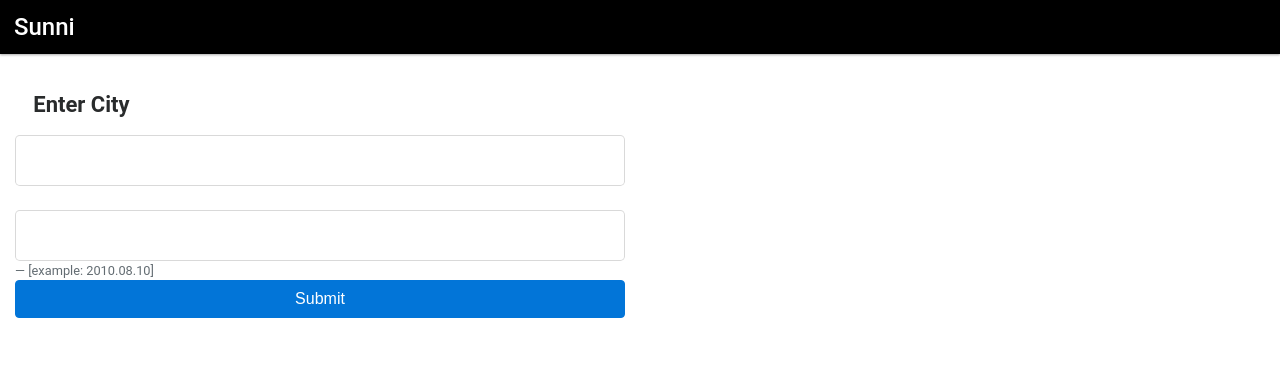
Repository: Oakga/Weather_app
Page: index.html
These files come from the project's save history. The page is drawn as it stood at one moment and after the next save; the edit follows.
The browser window is 1280 px wide. The pictures show the whole page.

Above is the page before, as saved 2017-09-22 05:54:27.

### index.html
<!DOCTYPE html>
<html>
<head>
    <meta charset="utf-8">
    <link rel="stylesheet" href="https://maxcdn.bootstrapcdn.com/bootstrap/4.0.0-alpha.6/css/bootstrap.min.css" integrity="sha384-rwoIResjU2yc3z8GV/NPeZWAv56rSmLldC3R/AZzGRnGxQQKnKkoFVhFQhNUwEyJ" crossorigin="anonymous">
    <!-- <link href='http://fonts.googleapis.com/css?family=Roboto:400,300,700' rel='stylesheet' type='text/css'> -->
    <link href="css/styles.css" rel="stylesheet" type="text/css">
    <script src="https://unpkg.com/axios/dist/axios.min.js"></script>
</head>
<body>
    <header>
        <h1>Sunni</h1>
    </header>
    <div class="container-fluid">
        <div class="row">
            <div class="col">
                <h2>Enter City</h2>
                <form id="location-form">
                    <input type="text" id="location-input" class="form-control form-control-lg "/>
                    <br>
                    <input type="text" id="date-input" class="form-control form-control-lg "/>
                    <footer class="blockquote-footer">[example: 2010.08.10]</footer>
                    <button type="submit" class="btn btn-primary btn-block">Submit</button>
                </form>
                <div id="formatted-address"></div>
                <div id="geometry-component"></div>
                <div id="weather-component"></div>
            </div>
            <div class="col">
            </div>
        </div>
    </div>
    <script src="js/main.js"></script>
</body>
</html>

### css/styles.css
body {
    font-family: 'Roboto', 'Sans Serif';
    font-size: 16px;
    padding: 0;
    margin: 0;
}

header {
    background-color: #000000;
    padding: 14px;
    box-shadow: 0 1px 3px rgba(0,0,0,0.12), 0 1px 2px rgba(0,0,0,0.24);
}

h1, h2, h3 {
    font-weight: 300;
}

header > h1 {
    font-weight: 500;
    font-size: 24px;
    margin: 0;
    color: #FFFFFF;
}

h2 {
    font-size: 22px;
    margin: 20px 0 0 0;
    padding: 3%;
    font-weight: bolder;
}

.table {
    border-radius: 5px;
    width: 50%;
    margin: 0px auto;
    float: none;
}

### js/main.js
class dailyReport {
    constructor(Time,Humidity,Precipitation,Intensity,Wind,MaxTemperature,MinTemperature){
    this.Time = Time;
    this.Humidity = Humidity;
    this.Precipitation = Precipitation;
    this.Intensity = Intensity;
    this.Wind = Wind;
    this.MaxTemperature = MaxTemperature;
    this.MinTemperature = MinTemperature;
};
};

class todayReport {
    constructor(Time,Summary,Humidity,Temperature, Precipitation,Intensity,Wind,){
    this.Time = Time;
    this.Summary = Summary;
    this.Humidity = Humidity;
    this.Temperature = Temperature;
    this.Precipitation = Precipitation;
    this.Intensity = Intensity;
    this.Wind = Wind;
};
};

class searches {
    constructor(location,date){
        this.date = date;
        this.location = location;
    }
}

let geoCode = (location) => {
    axios.get('https://maps.googleapis.com/maps/api/geocode/json',{
    params:{
        address: location,
        key: 'AIzaSyAkYBjwd7ygcP8GpAz47QsP3s3vaweLAE0'
    }
}).then(function(response){
    const formattedAddr = response.data.results[0].formatted_address;
    const formattedAddrOutput = `
    <ul class="list-group">
    <li class="list-group-item">
    ${formattedAddr}
    </li>
    </ul>
    `;
    let addressComponents = response.data.results[0].address_components;
    let lat = Math.round(response.data.results[0].geometry.location.lat*10000)/10000;
    let lng = Math.round(response.data.results[0].geometry.location.lng*10000)/10000;
    let geometryOutput = `
    <ul class="list-group">
    <li class="list-group-item">
    <strong>
    Latitude
    </strong>: ${lat}
    </li>
    <li class="list-group-item">
    <strong>
    Longitude
    </strong>: ${lng}
    </li>
    </ul>
    `;
    document.getElementById('formatted-address').innerHTML = formattedAddrOutput;
    document.getElementById('geometry-component').innerHTML = geometryOutput;

    darkSky(lat,lng);

})
.catch(function(error){
    const formattedAddrOutput = `
    <div class="alert alert-danger" role="alert">
    <strong>Unknown Location!</strong> Change a few things up and try submitting again.
    </div>
    `;
    document.getElementById('formatted-address').innerHTML = formattedAddrOutput;
})
};

let darkSky = (lat, lng, date = Date.now()) => {
    let apiCall = 'https://cors-anywhere.herokuapp.com/https://api.darksky.net/forecast/c84a2f187efcca194054935abae32b10/'+lat+','+lng;
    axios.get(apiCall,{
        params: {
            exclude: '[hourly,flags]',
            time: date
        }
    }).then(function(response){
        let weeklyReport = [];
        const months = ['Jan','Feb','Mar','Apr','May','Jun','Jul','Aug','Sep','Oct','Nov','Dec'];
        const days = ['Sun','Mon','Tue','Wed','Thur','Fri','Sat'];
        let year, month, day;
        const currentDate =  response.data.currently;
        const dailyDate = response.data.daily.data;

        for(let i=0;i<dailyDate.length;i++){
            var date = new Date(dailyDate[i].time*1000);
            year = date.getFullYear();
            month = months[date.getMonth()];
            day = days[date.getDay()];
            numDate = date.getDate();
            formattedTime = numDate + ' ' + month + ' ' + year;
            const dayReport = weeklyReport[i] = new dailyReport(
                formattedTime,
                dailyDate[i].humidity,
                dailyDate[i].precipProbability,
                dailyDate[i].precipIntensity,
                dailyDate[i].windSpeed,
                dailyDate[i].temperatureMax,
                dailyDate[i].temperatureMin,
            );
        };
        let columnNames = ``;
        for ( property in weeklyReport[0] ) {
            columnNames += `
            <th>
            ${property}
            </th>
            `;
        };

        let itemRows = ``;
        let reportForTheDay;
        for(var i=0;i<weeklyReport.length;i++){
            reportForTheDay=weeklyReport[i];
            itemRows += `<tr>
            <th scope="row">${reportForTheDay.Time}</th>
            <td>${reportForTheDay.Humidity}</td>
            <td>${reportForTheDay.Precipitation}</td>
            <td>${reportForTheDay.Intensity}</td>
            <td>${reportForTheDay.Wind}</td>
            <td>${reportForTheDay.MaxTemperature}</td>
            <td>${reportForTheDay.MinTemperature}</td>
            </tr>`
        };

        let tableOutput = `
        <table class="table">
        <thead class="thead-inverse" id="table-index">
        ${columnNames}
        </thead>
        <tbody>
        ${itemRows}
        </tbody>
        </table>
        `;
        document.getElementById('weather-component').innerHTML = tableOutput;

    })
    .catch(function(error){
        console.log(error);
        const alert = `
        <div class="alert alert-danger" role="alert">
        <strong>Cannot find Weather information!</strong> Change a few things up and try submitting again.
        </div>
        `;
        document.getElementById('weather-component').insertAdjacentHTML("afterbegin",alert);
    })
    ;
}


document.getElementById('location-form').addEventListener('submit', function (e){
    e.preventDefault();
    let location = document.getElementById('location-input').value;
    geoCode(location);

});

After the next save:
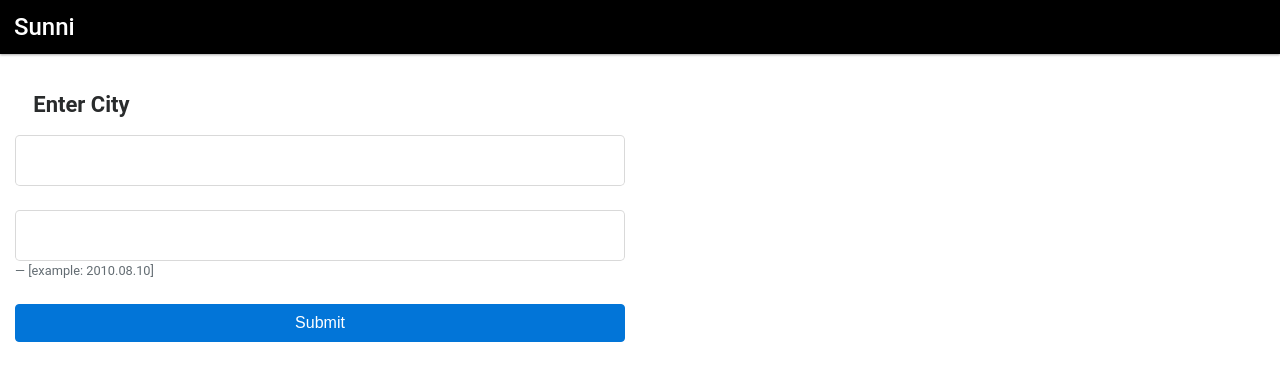
Saved 28 s later.
--- a/index.html
+++ b/index.html
@@ -20,6 +20,7 @@
                     <br>
                     <input type="text" id="date-input" class="form-control form-control-lg "/>
                     <footer class="blockquote-footer">[example: 2010.08.10]</footer>
+                    <br>
                     <button type="submit" class="btn btn-primary btn-block">Submit</button>
                 </form>
                 <div id="formatted-address"></div>
